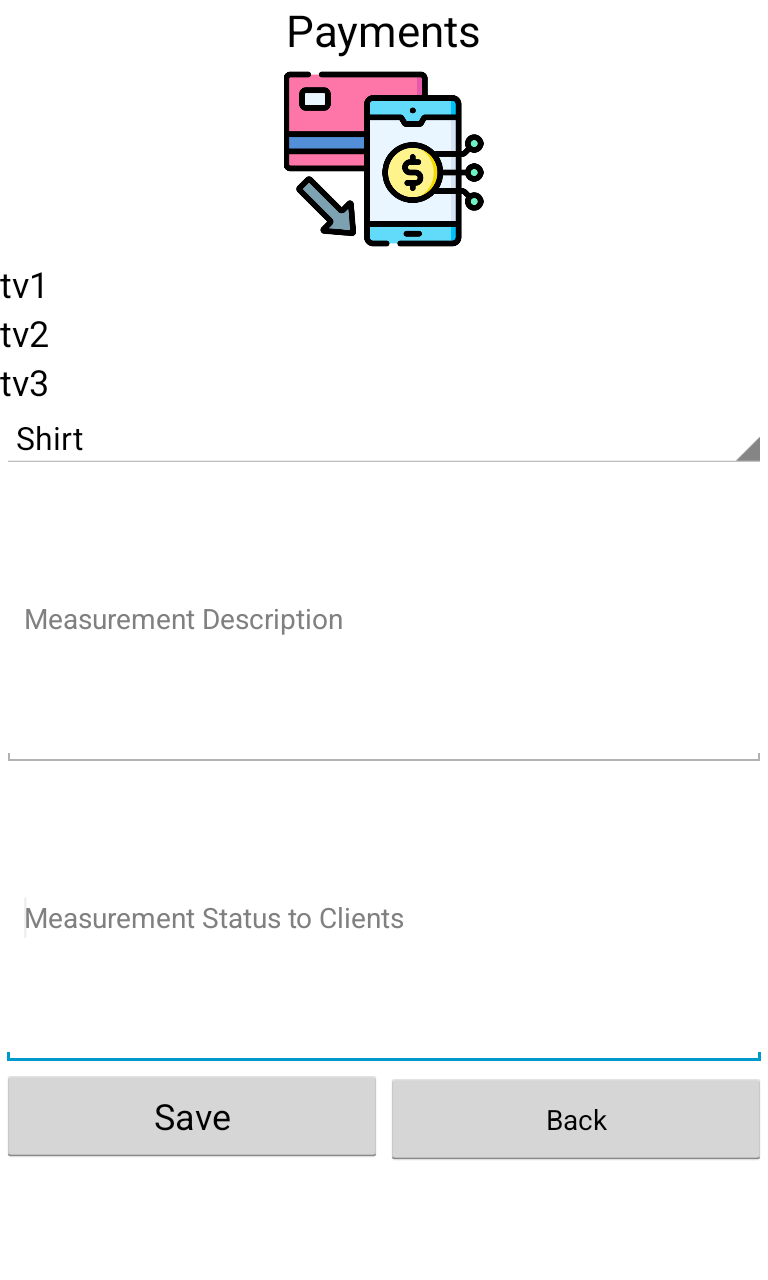
Repository: GowthamS18/Stiching_App
Layout: StitchingAndro/res/layout/payments.xml
An editor plug-in stored every save of this project. The layout is shown before and after the next save, followed by the edit.
It is drawn on a 768 x 1280 px phone screen (xhdpi) without system bars, with theme AppBaseTheme; the app's code is not run.

Above is the layout before, as saved 2024-03-16 02:22:15.

After the next save:
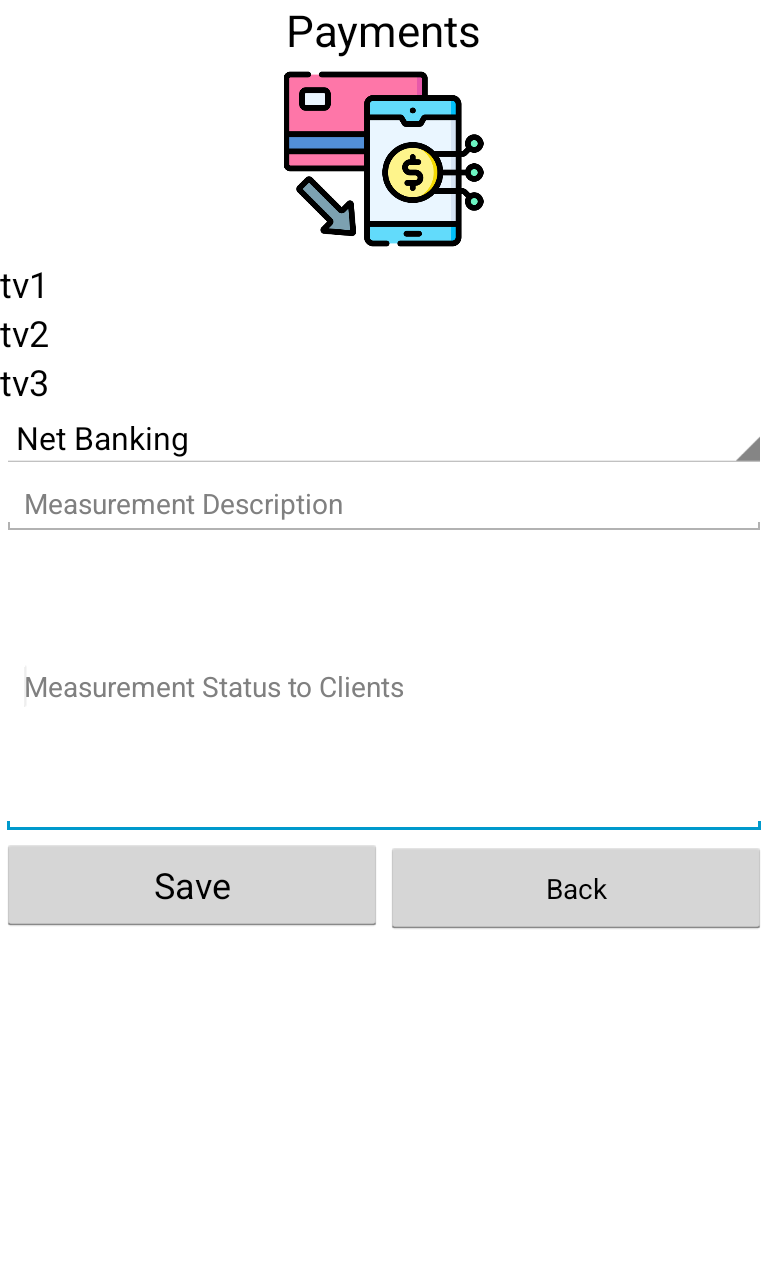
Saved 18 s later.
--- a/StitchingAndro/res/layout/payments.xml
+++ b/StitchingAndro/res/layout/payments.xml
@@ -50,7 +50,7 @@
                 android:layout_height="wrap_content"
                 android:ems="15"
                  android:textColor="@color/white"
-                 android:entries="@array/designCat"
+                 android:entries="@array/paymentmode"
 				/>
 
 	<EditText
@@ -59,7 +59,6 @@
 	    android:layout_height="wrap_content"
 	    android:ems="10"
 	    android:hint="Measurement Description"
-	    android:lines="8"
 	    android:textSize="14sp" >
     	<requestFocus />
 	</EditText>
